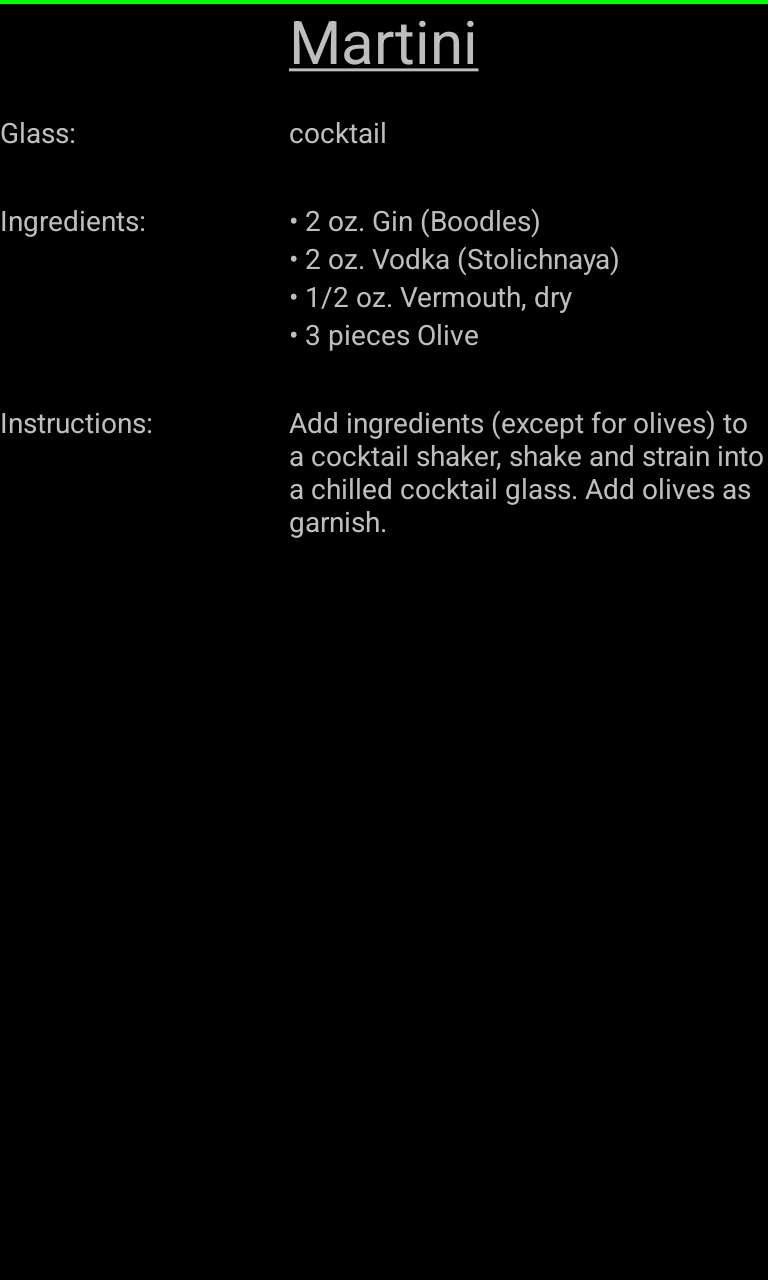
Repository: caltangelo/Drinkables
Layout: CocktailView/res/layout/main.xml
An editor plug-in stored every save of this project. The layout is shown before and after the next save, followed by the edit.
It is drawn on a 768 x 1280 px phone screen (xhdpi) without system bars, with theme android:Theme; the app's code is not run.

Above is the layout before, as saved 2011-09-22 20:57:45.

### CocktailView/res/layout/main.xml
<?xml version="1.0" encoding="utf-8"?>
<RelativeLayout xmlns:android="http://schemas.android.com/apk/res/android"
	android:orientation="vertical" android:layout_width="fill_parent"
	android:layout_height="fill_parent">
	<TextView android:id="@+id/drinkname" android:layout_height="wrap_content"
		android:textSize="30sp" android:text="@string/drink_name"
		android:layout_width="wrap_content" android:layout_alignParentTop="true"
		android:layout_centerHorizontal="true" />

	<TextView android:layout_width="fill_parent" android:layout_height="2dp" android:background="#FF00FF00"/>

	<TextView android:id="@+id/glass_label" android:layout_width="wrap_content"
		android:layout_height="wrap_content" android:layout_below="@id/drinkname"
		android:layout_alignParentLeft="true" android:text="Glass:" android:layout_marginTop="16dp"/>
	<TextView android:id="@+id/glass_type"
		android:layout_toRightOf="@id/glass_label" android:text="@string/drink_glass"
		android:layout_height="wrap_content" android:layout_width="wrap_content"
		android:layout_alignTop="@id/glass_label" android:layout_alignLeft="@+id/drinkname" />

	<TextView android:layout_height="wrap_content" android:id="@+id/ingredient_label"
		android:text="Ingredients: " android:layout_width="wrap_content"
		android:layout_below="@+id/glass_label"
		android:layout_alignParentLeft="true" android:layout_marginTop="25dp" />
	<TableLayout android:layout_height="wrap_content"
		android:id="@+id/ingredient_table" android:layout_width="wrap_content"
		android:layout_alignTop="@+id/ingredient_label"
		android:layout_alignLeft="@+id/drinkname"
		android:layout_alignParentRight="true">
		<TableRow android:id="@+id/tableRow1" android:layout_width="wrap_content"
			android:layout_height="wrap_content">
			<TextView android:text="• 2 oz. Gin (Boodles)" android:id="@+id/textView1"
				android:layout_width="wrap_content" android:layout_height="wrap_content" />
		</TableRow>
		<TableRow android:id="@+id/tableRow2" android:layout_width="wrap_content"
			android:layout_height="wrap_content">
			<TextView android:text="• 2 oz. Vodka (Stolichnaya)"
				android:id="@+id/textView2" android:layout_width="wrap_content"
				android:layout_height="wrap_content"></TextView>
		</TableRow>
		<TableRow android:id="@+id/tableRow3" android:layout_width="wrap_content"
			android:layout_height="wrap_content">
			<TextView android:text="• 1/2 oz. Vermouth, dry" android:id="@+id/textView3"
				android:layout_width="wrap_content" android:layout_height="wrap_content"></TextView>
		</TableRow>
		<TableRow android:id="@+id/tableRow4" android:layout_width="wrap_content"
			android:layout_height="wrap_content">
			<TextView android:text="• 3 pieces Olive" android:id="@+id/textView4"
				android:layout_width="wrap_content" android:layout_height="wrap_content"></TextView>
		</TableRow>
	</TableLayout>

	<TextView android:id="@+id/instruction_label"
		android:layout_height="wrap_content" android:layout_width="wrap_content"
		android:layout_below="@id/ingredient_table"
		android:layout_alignParentLeft="true" android:text="Instructions: "
		android:layout_marginTop="25dp" />
	<TextView android:id="@+id/instructions"
		android:layout_height="wrap_content" android:layout_width="wrap_content"
		android:layout_alignTop="@id/instruction_label"
		android:layout_alignLeft="@id/drinkname"
		android:layout_alignParentRight="true" android:text="@string/drink_instructions" />

</RelativeLayout>

### CocktailView/res/values/strings.xml
<?xml version="1.0" encoding="utf-8"?>
<resources>
    <string name="hello">Hello World, CocktailViewActivity!</string>
    <string name="app_name">CocktailView</string>
    <string name="drink_name"><u>Martini</u></string>
    <string name="drink_glass">cocktail</string>
    <string-array name="drink_ingredients">
        <item>2 oz. Gin (Boodles)</item>
        <item>2 oz. Vodka (Stolichnaya)</item>
        <item>1/2 oz. Vermouth, dry</item>
        <item>3 pieces Olive</item>
    </string-array>
    <string name="drink_instructions">Add ingredients (except for olives) to a cocktail shaker, shake and strain into a chilled cocktail glass.  Add olives as garnish.</string>
</resources>

After the next save:
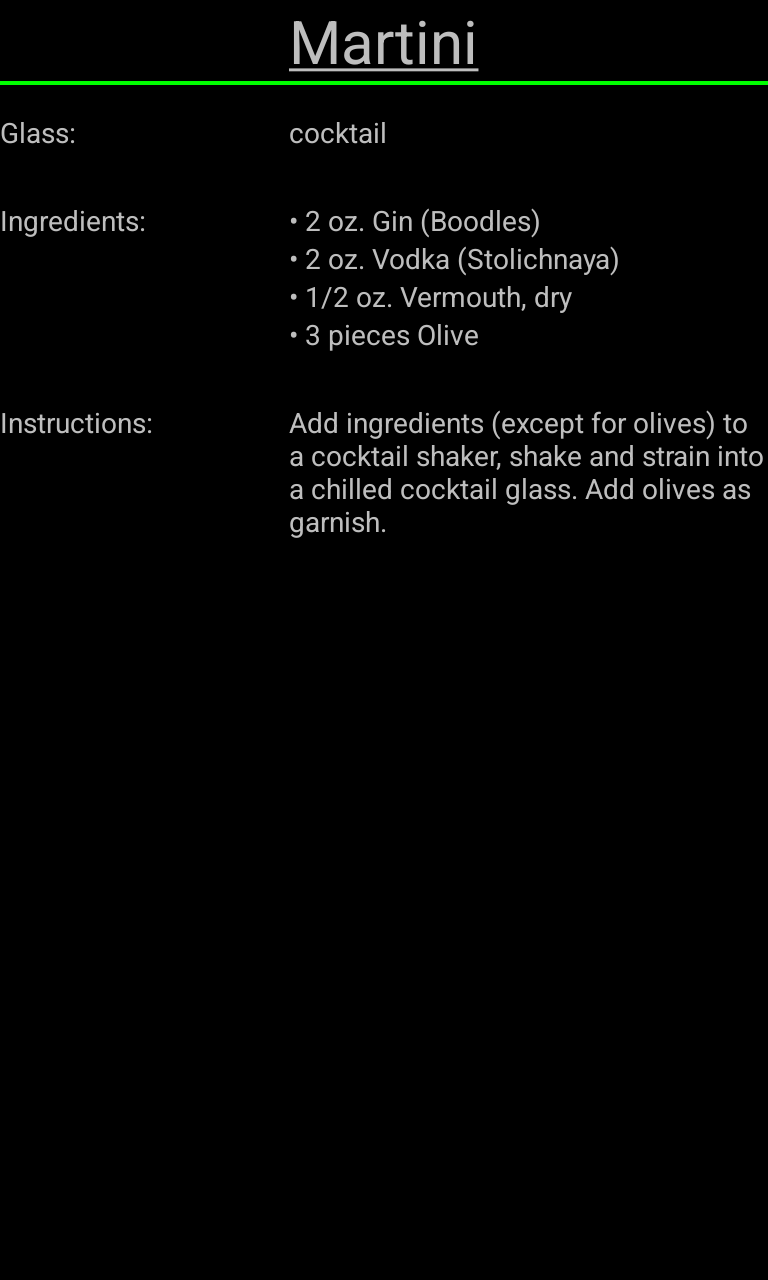
Saved 28 s later.
--- a/CocktailView/res/layout/main.xml
+++ b/CocktailView/res/layout/main.xml
@@ -7,7 +7,8 @@
 		android:layout_width="wrap_content" android:layout_alignParentTop="true"
 		android:layout_centerHorizontal="true" />
 
-	<TextView android:layout_width="fill_parent" android:layout_height="2dp" android:background="#FF00FF00"/>
+	<TextView android:layout_width="fill_parent" android:layout_height="2dp" android:background="#FF00FF00"
+		android:layout_below="@id/drinkname"/>
 
 	<TextView android:id="@+id/glass_label" android:layout_width="wrap_content"
 		android:layout_height="wrap_content" android:layout_below="@id/drinkname"
